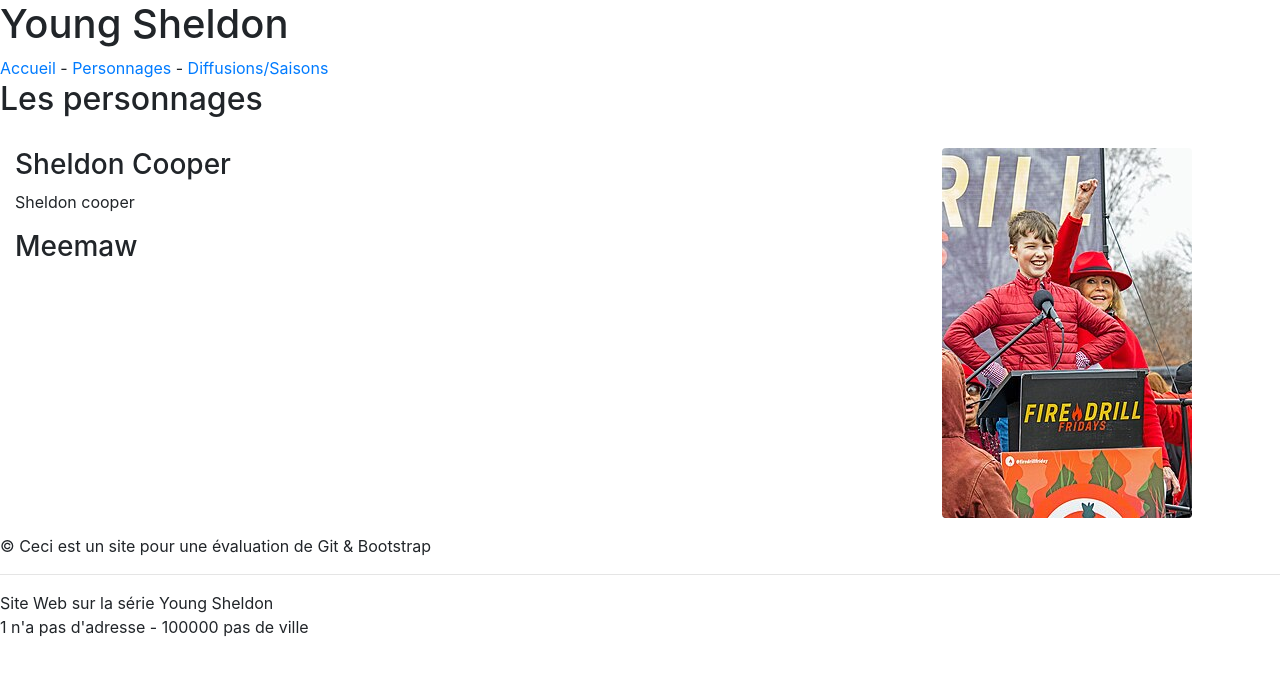
Repository: jkoz-dev/Site_Web_Young_Sheldon_KOZIEL.github.io
Page: personnages.html
An editor plug-in stored every save of this project. The page is shown before and after the next save, followed by the edit.
The browser window is 1280 px wide. The pictures show the whole page.

Above is the page before, as saved 2025-12-12 11:38:59.

After the next save:
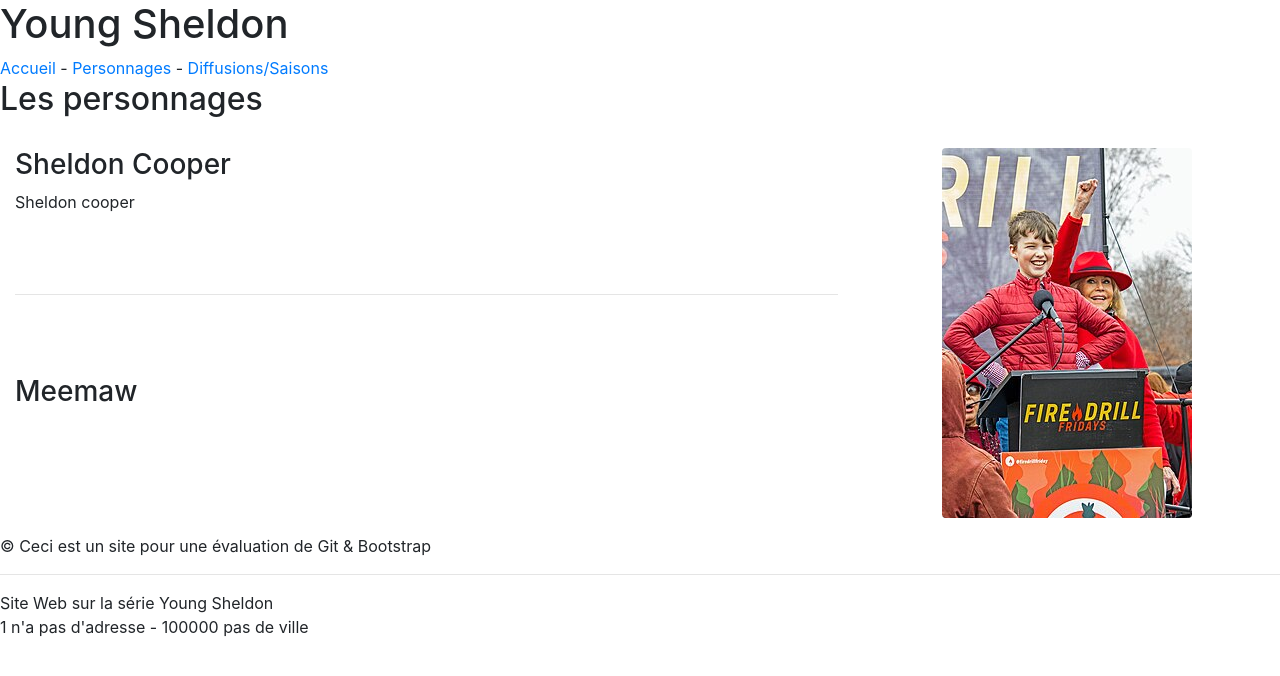
Saved 39 s later.
--- a/personnages.html
+++ b/personnages.html
@@ -27,6 +27,7 @@
             <div class="col-sm-8">
                 <h3>Sheldon Cooper</h3>
                 <p>Sheldon cooper </p>
+                <hr class="barre_separation">
                 <h3> Meemaw</h3>
             </div>
             <div class="col-sm-4">
